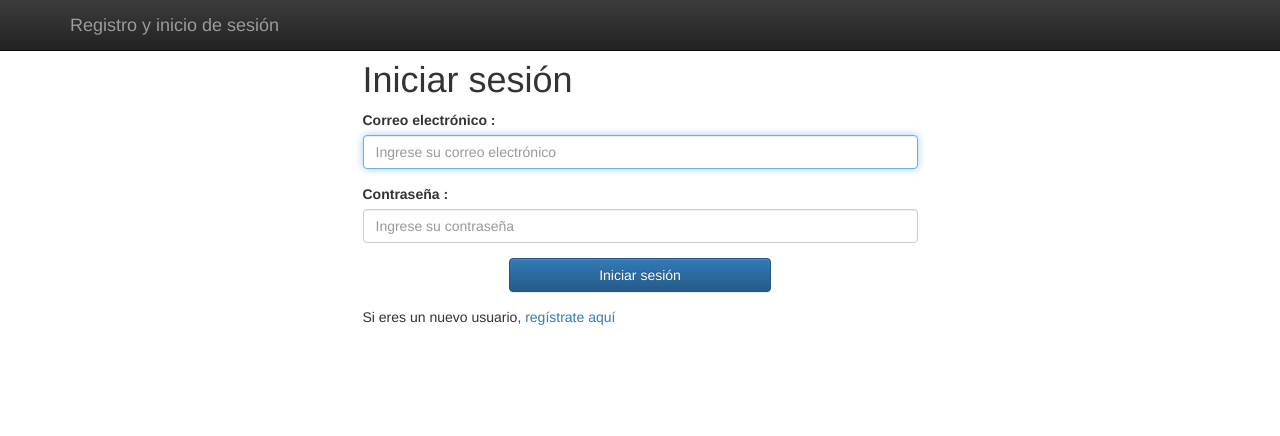
Repository: BolivarCaro/ecenviosweb
Page: http://localhost/login
The author's editor kept a copy of each file at every save. The page is drawn from the files as they stood at one save, then again after the next save.
The browser window is 1280 px wide. The pictures show the whole page.
The page is this project's Thymeleaf template; nobody is signed in. The template is opened directly, without the code that normally fills it, so the values that code supplies are empty.

Above is the page before, as saved 2024-07-14 13:42:55.
Console error (its wording comes from the project's code and is left out).

### sprindbootecenvios/src/main/resources/templates/login.html
<!DOCTYPE html>
<html xmlns:th="http://www.thymeleaf.org">
<head>
<meta charset="utf-8">
<title>Inicio de sesión</title>
<!-- Latest compiled and minified CSS -->
<link rel="stylesheet"
    href="https://maxcdn.bootstrapcdn.com/bootstrap/3.3.7/css/bootstrap.min.css"
    integrity="sha384-BVYiiSIFeK1dGmJRAkycuHAHRg32OmUcww7on3RYdg4Va+PmSTsz/K68vbdEjh4u"
    crossorigin="anonymous">

<!-- Optional theme -->
<link rel="stylesheet"
    href="https://maxcdn.bootstrapcdn.com/bootstrap/3.3.7/css/bootstrap-theme.min.css"
    integrity="sha384-rHyoN1iRsVXV4nD0JutlnGaslCJuC7uwjduW9SVrLvRYooPp2bWYgmgJQIXwl/Sp"
    crossorigin="anonymous">
</head>
<body>

    <nav class="navbar navbar-inverse navbar-fixed-top">
        <div class="container">
            <div class="navbar-header">
                <button type="button" class="navbar-toggle collapsed"
                    data-toggle="collapse" data-target="#navbar" aria-expanded="false"
                    aria-controls="navbar">
                    <span class="sr-only">Toggle navigation</span> <span
                        class="icon-bar"></span> <span class="icon-bar"></span> <span
                        class="icon-bar"></span>
                </button>
                <a class="navbar-brand" href="#" th:href="@{/}">Registro y
                    inicio de sesión</a>
            </div>
        </div>
    </nav>

    <br>
    <br>

    <div class="container">
        <div class="row">
            <div class="col-md-6 col-md-offset-3">
                <h1>Iniciar sesión</h1>
                <form th:action="@{/login}" method="post">
                    <div th:if="${param.error}">
                        <div class="alert alert-danger">Usuario o contraseña inválidos</div>
                    </div>
                    <div th:if="${param.logout}">
                        <div class="alert alert-info">Ha cerrado sesión exitosamente</div>
                    </div>
                    <div class="form-group">
                        <label for="username">Correo electrónico : </label>
                        <input id="username" name="username" type="text" class="form-control" required autofocus="autofocus"
                               placeholder="Ingrese su correo electrónico">
                    </div>
                    <div class="form-group">
                        <label for="password">Contraseña : </label>
                        <input id="password" type="password" name="password" class="form-control" required
                               placeholder="Ingrese su contraseña">
                    </div>
                    <div class="form-group">
                        <div class="row">
                            <div class="col-md-6 col-md-offset-3">
                                <input type="submit" class="form-control btn btn-primary" name="login-submit" id="login-submit" value="Iniciar sesión" />
                            </div>
                        </div>
                    </div>
                </form>
                <div class="form-group">
                    <span>Si eres un nuevo usuario, <a th:href="@{/record}">regístrate aquí</a></span>
                </div>
            </div>
        </div>
    </div>

    <!-- Latest compiled and minified JavaScript -->
    <script
        src="https://maxcdn.bootstrapcdn.com/bootstrap/3.3.7/js/bootstrap.min.js"
        integrity="sha384-Tc5IQib027qvyjSMfHjOMaLkfuWVxZxUPnCJA7l2mCWNIpG9mGCD8wGNIcPD7Txa"
        crossorigin="anonymous"></script>
</body>
</html>

After the next save:
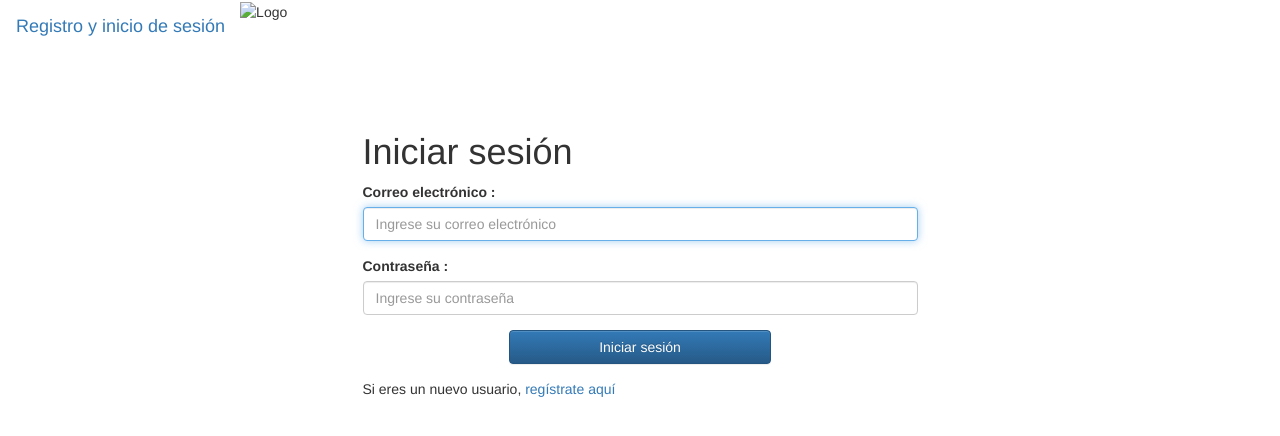
Not found: sprindbootecenvios/public/images/logoecenvios
Saved 25 min 27 s later.
--- a/sprindbootecenvios/src/main/resources/templates/login.html
+++ b/sprindbootecenvios/src/main/resources/templates/login.html
@@ -17,9 +17,11 @@
 </head>
 <body>
 
-    <nav class="navbar navbar-inverse navbar-fixed-top">
-        <div class="container">
-            <div class="navbar-header">
+    <nav class="navbar navbar bg-body-tertiary">
+        <div class="container-fluid">
+			<img src="public/images/logoecenvios" alt="Logo" width="30" height="24" class="d-inline-block align-text-top">
+
+			    </a>
                 <button type="button" class="navbar-toggle collapsed"
                     data-toggle="collapse" data-target="#navbar" aria-expanded="false"
                     aria-controls="navbar">
